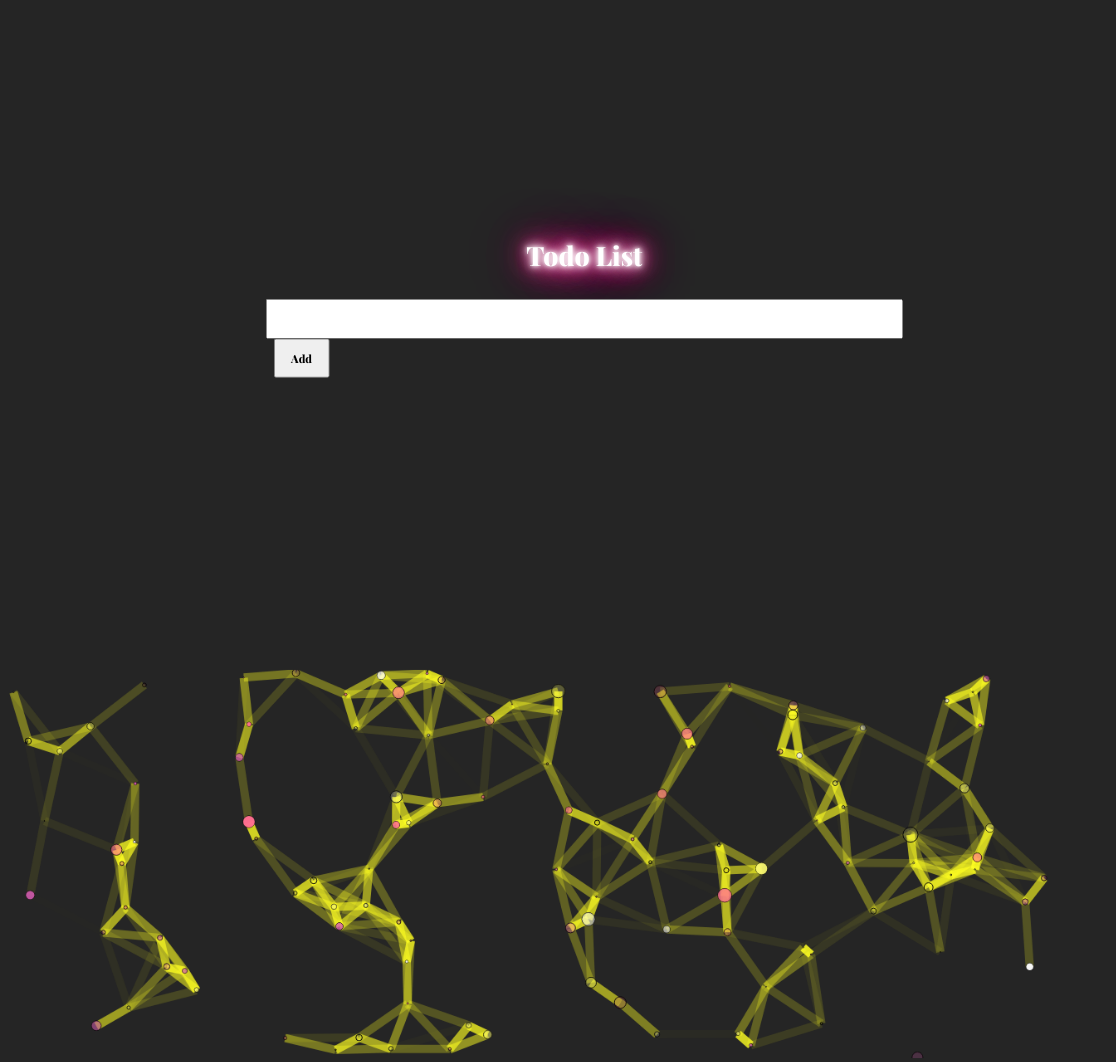
Repository: TENSAEA/----todo
Page: index.html
The author's editor kept a copy of each file at every save. The page is drawn from the files as they stood at one save, then again after the next save.
The browser window is 1280 px wide. The page is 1344 px wide, so the pictures cover 1344 px, including what lies to the right of the window. The pictures show the whole page, at 83% of full size.
Some web fonts or font styles are not loaded; a fallback is used.

Above is the page before, as saved 2023-10-25 14:54:40.

After the next save:
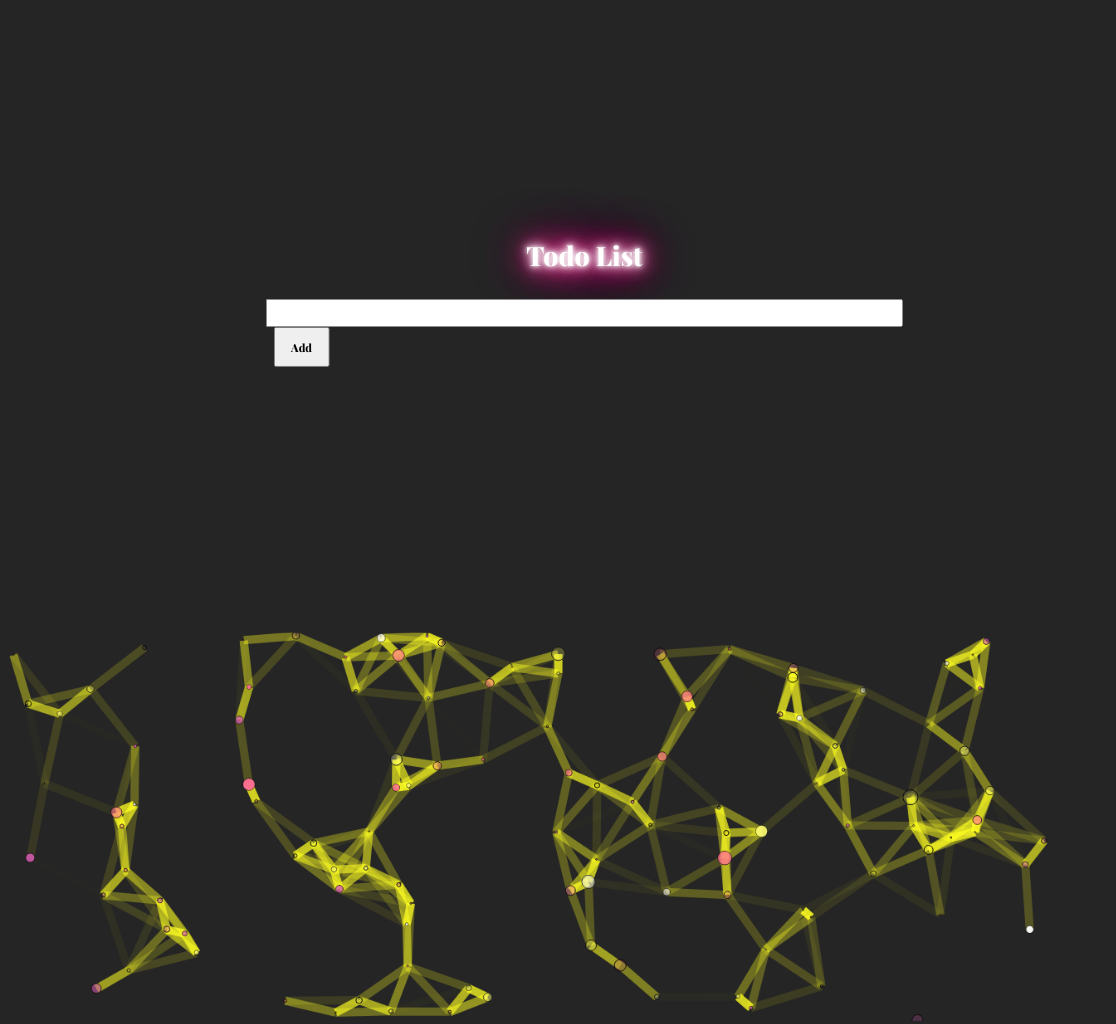
Saved 31 s later.
--- a/style.css
+++ b/style.css
@@ -44,12 +44,8 @@ padding:10px;
 
 }
 
-.header{
-    padding-bottom: 2em;
-}
-
 #add{
-    padding: 1em;
+    padding: 0.5em;
     width:100%;
     margin:auto;
 }
